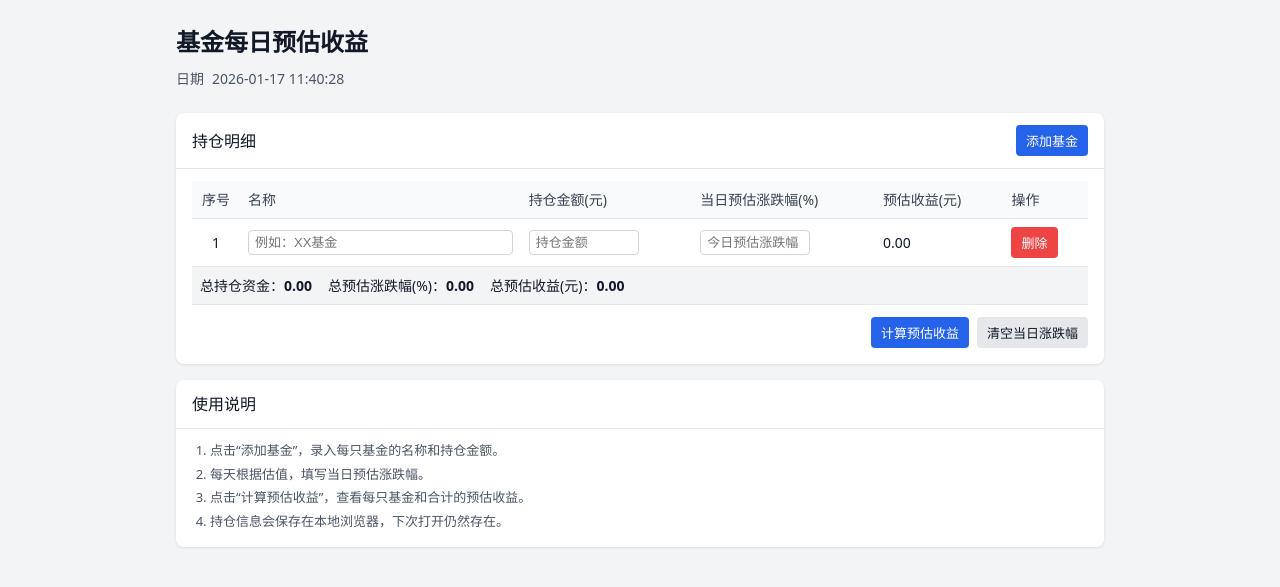
Repository: zt-boom/finance
Page: index.html
An editor plug-in stored every save of this project. The page is shown before and after the next save, followed by the edit.
The browser window is 1280 px wide. The pictures show the whole page.

Above is the page before, as saved 2026-01-17 13:14:27.

### index.html
<!DOCTYPE html>
<html lang="zh-CN">
<head>
<meta charset="UTF-8">
<title>基金每日预估收益</title>
<meta name="viewport" content="width=device-width,initial-scale=1">
<link rel="stylesheet" href="./style.css">
</head>
<body>
<div class="app">
<header class="app-header">
<h1>基金每日预估收益</h1>
<div class="date-row">
<span>日期</span>
<span id="current-date"></span>
</div>
</header>
<main class="app-main">
<section class="card">
<div class="card-header">
<h2>持仓明细</h2>
<button id="add-fund-btn" class="primary-button">添加基金</button>
</div>
<div class="card-body">
<div class="table-wrapper">
<table class="fund-table">
<thead>
<tr>
<th class="index-col">序号</th>
<th>名称</th>
<th>持仓金额(元)</th>
<th>当日预估涨跌幅(%)</th>
<th>预估收益(元)</th>
<th>操作</th>
</tr>
</thead>
<tbody id="fund-table-body"></tbody>
<tfoot>
<tr class="summary-row">
<td colspan="6">
<div class="summary-items">
<div class="summary-left">
<span>总持仓资金：<strong id="total-amount">0.00</strong></span>
<span>总预估涨跌幅(%)：<strong id="total-percent">0.00</strong></span>
<span>总预估收益(元)：<strong id="total-profit">0.00</strong></span>
</div>
</div>
</td>
</tr>
</tfoot>
</table>
</div>
<div class="actions-row">
<button id="calculate-btn" class="primary-button">计算预估收益</button>
<button id="reset-percentage-btn" class="secondary-button">清空当日涨跌幅</button>
</div>
</div>
</section>
<section class="card">
<div class="card-header">
<h2>使用说明</h2>
</div>
<div class="card-body instructions">
<ol>
<li>点击“添加基金”，录入每只基金的名称和持仓金额。</li>
<li>每天根据估值，填写当日预估涨跌幅。</li>
<li>点击“计算预估收益”，查看每只基金和合计的预估收益。</li>
<li>持仓信息会保存在本地浏览器，下次打开仍然存在。</li>
</ol>
</div>
</section>
</main>
</div>
<script src="./main.js"></script>
</body>
</html>

### style.css
* {
box-sizing: border-box;
margin: 0;
padding: 0;
}

body {
font-family: system-ui, -apple-system, BlinkMacSystemFont, "Segoe UI", sans-serif;
background-color: #f3f4f6;
color: #111827;
line-height: 1.5;
}

.app {
max-width: 960px;
margin: 0 auto;
padding: 24px 16px 40px;
}

.app-header {
display: flex;
flex-direction: column;
gap: 8px;
margin-bottom: 24px;
}

.app-header h1 {
font-size: 24px;
font-weight: 600;
color: #111827;
}

.date-row {
display: flex;
gap: 8px;
align-items: center;
font-size: 14px;
color: #4b5563;
}

.app-main {
display: flex;
flex-direction: column;
gap: 16px;
}

.card {
background-color: #ffffff;
border-radius: 8px;
box-shadow: 0 1px 3px rgba(15, 23, 42, 0.1);
overflow: hidden;
}

.card-header {
display: flex;
justify-content: space-between;
align-items: center;
padding: 12px 16px;
border-bottom: 1px solid #e5e7eb;
}

.card-header h2 {
font-size: 16px;
font-weight: 500;
}

.card-body {
padding: 12px 16px 16px;
}

.table-wrapper {
overflow-x: auto;
margin-bottom: 12px;
}

.fund-table {
width: 100%;
border-collapse: collapse;
font-size: 14px;
}

.fund-table th,
.fund-table td {
border-bottom: 1px solid #e5e7eb;
padding: 8px;
text-align: left;
}

.fund-table th.index-col,
.fund-table td[data-role="row-index"] {
width: 48px;
text-align: center;
}

.fund-table thead {
background-color: #f9fafb;
}

.fund-table th {
font-weight: 500;
color: #374151;
}

.fund-table tbody tr:nth-child(even) {
background-color: #f9fafb;
}

.fund-table input {
width: 100%;
padding: 4px 6px;
font-size: 13px;
border-radius: 4px;
border: 1px solid #d1d5db;
outline: none;
}

.fund-table input.narrow-number-input {
width: 110px;
}

.fund-table input[type="number"]::-webkit-outer-spin-button,
.fund-table input[type="number"]::-webkit-inner-spin-button {
-webkit-appearance: none;
margin: 0;
}

.fund-table input[type="number"] {
-moz-appearance: textfield;
}

.fund-table input:focus {
border-color: #2563eb;
box-shadow: 0 0 0 1px rgba(37, 99, 235, 0.2);
}

.value-positive {
color: #ef4444;
}

.value-negative {
color: #10b981;
}

.value-zero {
color: #6b7280;
}

.summary-row td {
font-weight: 600;
color: #111827;
background-color: #f3f4f6;
}

.summary-items {
display: flex;
flex-wrap: wrap;
gap: 4px 16px;
justify-content: flex-start;
align-items: center;
}

.summary-items span {
font-weight: 500;
white-space: nowrap;
}

.summary-left {
display: flex;
flex-wrap: wrap;
gap: 4px 16px;
align-items: center;
}

.primary-button,
.secondary-button,
.danger-button {
border-radius: 4px;
border: none;
cursor: pointer;
font-size: 13px;
padding: 6px 10px;
display: inline-flex;
align-items: center;
justify-content: center;
}

.primary-button {
background-color: #2563eb;
color: #ffffff;
}

.primary-button:hover {
background-color: #1d4ed8;
}

.secondary-button {
background-color: #e5e7eb;
color: #111827;
}

.secondary-button:hover {
background-color: #d1d5db;
}

.danger-button {
background-color: #ef4444;
color: #ffffff;
}

.danger-button:hover {
background-color: #dc2626;
}

.actions-row {
display: flex;
flex-wrap: wrap;
gap: 8px;
margin-top: 4px;
justify-content: flex-end;
}

.instructions {
font-size: 13px;
color: #4b5563;
}

.instructions ol {
padding-left: 18px;
display: flex;
flex-direction: column;
gap: 4px;
}

@media (max-width: 640px) {
.app {
padding-inline: 12px;
}
.card-header {
flex-direction: column;
gap: 8px;
align-items: flex-start;
}
}

### main.js
const STORAGE_KEY = "fund_holdings_v1";

function formatCurrency(value) {
if (Number.isNaN(value)) return "0.00";
return value.toFixed(2);
}

function getTodayDateString() {
const now = new Date();
const year = String(now.getFullYear());
const month = String(now.getMonth() + 1).padStart(2, "0");
const day = String(now.getDate()).padStart(2, "0");
const hours = String(now.getHours()).padStart(2, "0");
const minutes = String(now.getMinutes()).padStart(2, "0");
const seconds = String(now.getSeconds()).padStart(2, "0");
return `${year}-${month}-${day} ${hours}:${minutes}:${seconds}`;
}

function loadHoldingsFromStorage() {
try {
const raw = window.localStorage.getItem(STORAGE_KEY);
if (!raw) return [];
const parsed = JSON.parse(raw);
if (!Array.isArray(parsed)) return [];
return parsed;
} catch (e) {
return [];
}
}

function saveHoldingsToStorage(holdings) {
try {
const serialized = JSON.stringify(holdings);
window.localStorage.setItem(STORAGE_KEY, serialized);
} catch (e) {
}
}

function createTableRow(fund) {
const tr = document.createElement("tr");
const indexTd = document.createElement("td");
const nameTd = document.createElement("td");
const amountTd = document.createElement("td");
const percentTd = document.createElement("td");
const profitTd = document.createElement("td");
const actionsTd = document.createElement("td");
const nameInput = document.createElement("input");
nameInput.type = "text";
nameInput.value = fund.name || "";
nameInput.placeholder = "例如：XX基金";
nameInput.addEventListener("change", handleStorageUpdate);
const amountInput = document.createElement("input");
amountInput.type = "number";
amountInput.step = "0.01";
amountInput.min = "0";
amountInput.value = fund.amount != null ? String(fund.amount) : "";
amountInput.placeholder = "持仓金额";
amountInput.addEventListener("change", handleStorageUpdate);
const percentInput = document.createElement("input");
percentInput.type = "number";
percentInput.step = "0.01";
percentInput.placeholder = "今日预估涨跌幅";
amountInput.className = "narrow-number-input";
percentInput.className = "narrow-number-input";
const profitSpan = document.createElement("span");
profitSpan.textContent = "0.00";
const deleteButton = document.createElement("button");
deleteButton.textContent = "删除";
deleteButton.className = "danger-button";
deleteButton.addEventListener("click", () => {
const inputs = tr.querySelectorAll("input");
const nameValue = inputs[0] ? inputs[0].value.trim() : "";
const amountValue = inputs[1] ? inputs[1].value.trim() : "";
const percentValue = inputs[2] ? inputs[2].value.trim() : "";
const isEmptyRow = !nameValue && !amountValue && !percentValue;
if (!isEmptyRow) {
const confirmed = window.confirm("确定要删除这条持仓记录吗？");
if (!confirmed) {
return;
}
}
tr.remove();
handleStorageUpdate();
calculateProfit();
updateRowIndices();
});
indexTd.dataset.role = "row-index";
profitTd.dataset.role = "profit-cell";
nameTd.appendChild(nameInput);
amountTd.appendChild(amountInput);
percentTd.appendChild(percentInput);
profitTd.appendChild(profitSpan);
actionsTd.appendChild(deleteButton);
tr.appendChild(indexTd);
tr.appendChild(nameTd);
tr.appendChild(amountTd);
tr.appendChild(percentTd);
tr.appendChild(profitTd);
tr.appendChild(actionsTd);
tr.dataset.role = "fund-row";
return tr;
}

function readHoldingsFromTable() {
const rows = document.querySelectorAll('tr[data-role="fund-row"]');
const holdings = [];
rows.forEach(row => {
const inputs = row.querySelectorAll("input");
const nameInput = inputs[0];
const amountInput = inputs[1];
const name = nameInput.value.trim();
const amount = parseFloat(amountInput.value);
if (!name && (Number.isNaN(amount) || amount <= 0)) {
return;
}
holdings.push({
name,
amount: Number.isNaN(amount) ? 0 : amount
});
});
return holdings;
}

function handleStorageUpdate() {
const holdings = readHoldingsFromTable();
saveHoldingsToStorage(holdings);
}

function populateTableFromStorage() {
const tbody = document.getElementById("fund-table-body");
tbody.innerHTML = "";
const holdings = loadHoldingsFromStorage();
if (holdings.length === 0) {
const row = createTableRow({ name: "", amount: null });
tbody.appendChild(row);
updateRowIndices();
return;
}
holdings.forEach(fund => {
const row = createTableRow(fund);
tbody.appendChild(row);
});
updateRowIndices();
}

function calculateProfit() {
const rows = document.querySelectorAll('tr[data-role="fund-row"]');
let totalProfit = 0;
let totalHoldingAmount = 0;
let activeAmount = 0;
rows.forEach(row => {
const inputs = row.querySelectorAll("input");
const amountInput = inputs[1];
const percentInput = inputs[2];
const amount = parseFloat(amountInput.value);
const percent = parseFloat(percentInput.value);
const profitCell = row.querySelector('td[data-role="profit-cell"] span');
if (!Number.isNaN(amount)) {
totalHoldingAmount += amount;
}
if (Number.isNaN(amount) || Number.isNaN(percent)) {
profitCell.textContent = "0.00";
applyProfitColor(profitCell, 0);
return;
}
const profit = amount * percent / 100;
totalProfit += profit;
activeAmount += amount;
profitCell.textContent = formatCurrency(profit);
applyProfitColor(profitCell, profit);
});
const totalAmountElement = document.getElementById("total-amount");
const totalPercentElement = document.getElementById("total-percent");
if (totalAmountElement) {
totalAmountElement.textContent = formatCurrency(totalHoldingAmount);
}
if (totalPercentElement) {
const totalPercent = activeAmount > 0 ? (totalProfit / activeAmount) * 100 : 0;
totalPercentElement.textContent = formatCurrency(totalPercent);
}
const totalProfitElement = document.getElementById("total-profit");
totalProfitElement.textContent = formatCurrency(totalProfit);
applyProfitColor(totalProfitElement, totalProfit);
}

function resetPercentages() {
const rows = document.querySelectorAll('tr[data-role="fund-row"]');
rows.forEach(row => {
const inputs = row.querySelectorAll("input");
const percentInput = inputs[2];
const profitCell = row.querySelector('td[data-role="profit-cell"] span');
percentInput.value = "";
profitCell.textContent = "0.00";
applyProfitColor(profitCell, 0);
});
const totalProfitElement = document.getElementById("total-profit");
totalProfitElement.textContent = "0.00";
applyProfitColor(totalProfitElement, 0);
const totalPercentElement = document.getElementById("total-percent");
if (totalPercentElement) {
totalPercentElement.textContent = "0.00";
}
const totalAmountElement = document.getElementById("total-amount");
if (totalAmountElement) {
let totalAmount = 0;
const rows = document.querySelectorAll('tr[data-role="fund-row"]');
rows.forEach(row => {
const inputs = row.querySelectorAll("input");
const amountInput = inputs[1];
const amount = parseFloat(amountInput.value);
if (!Number.isNaN(amount)) {
totalAmount += amount;
}
});
totalAmountElement.textContent = formatCurrency(totalAmount);
}
}

function applyProfitColor(element, value) {
if (!element) {
return;
}
element.classList.remove("value-positive", "value-negative", "value-zero");
if (Number.isNaN(value)) {
return;
}
if (value > 0) {
element.classList.add("value-positive");
} else if (value < 0) {
element.classList.add("value-negative");
} else {
element.classList.add("value-zero");
}
}

function initApp() {
const dateElement = document.getElementById("current-date");
if (dateElement) {
dateElement.textContent = getTodayDateString();
}
populateTableFromStorage();
const addFundButton = document.getElementById("add-fund-btn");
const calculateButton = document.getElementById("calculate-btn");
const resetPercentageButton = document.getElementById("reset-percentage-btn");
if (addFundButton) {
addFundButton.addEventListener("click", () => {
const tbody = document.getElementById("fund-table-body");
const row = createTableRow({ name: "", amount: null });
tbody.appendChild(row);
updateRowIndices();
});
}
if (calculateButton) {
calculateButton.addEventListener("click", () => {
calculateProfit();
handleStorageUpdate();
});
}
if (resetPercentageButton) {
resetPercentageButton.addEventListener("click", () => {
const confirmed = window.confirm("确定要清空所有基金的当日预估涨跌幅和预估收益吗？");
if (!confirmed) {
return;
}
resetPercentages();
});
}
}

function updateRowIndices() {
const rows = document.querySelectorAll('tr[data-role="fund-row"]');
rows.forEach((row, index) => {
const indexCell = row.querySelector('td[data-role="row-index"]');
if (indexCell) {
indexCell.textContent = String(index + 1);
}
});
}

if (document.readyState === "loading") {
document.addEventListener("DOMContentLoaded", initApp);
} else {
initApp();
}

After the next save:
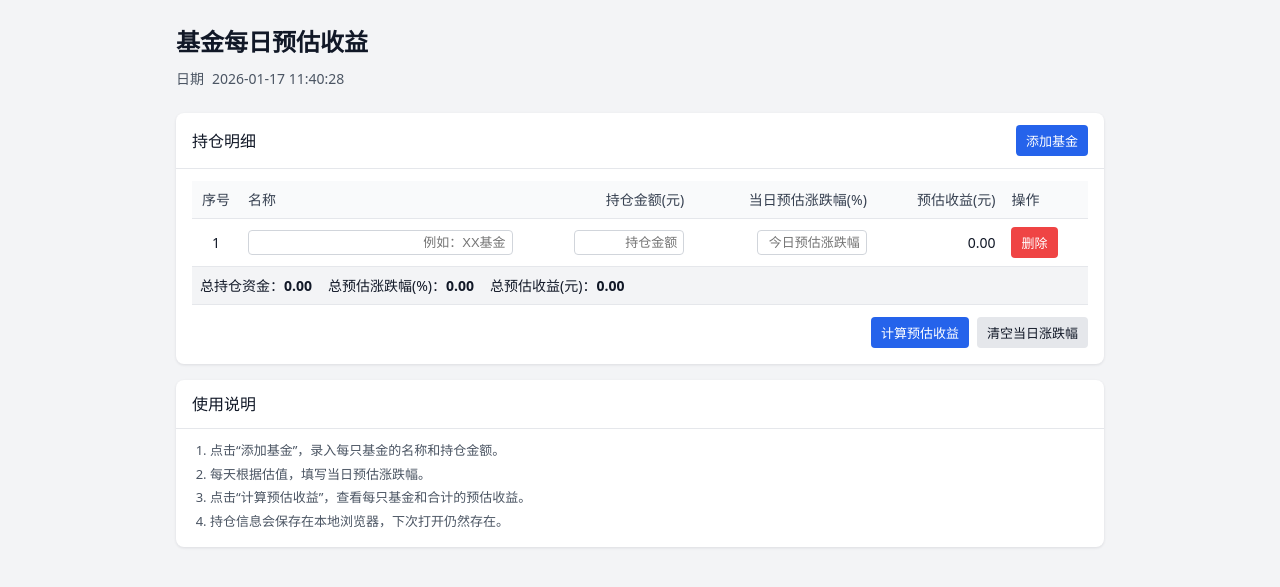
Saved 3 min 59 s later.
--- a/style.css
+++ b/style.css
@@ -90,6 +90,15 @@ text-align: left;
 .fund-table td[data-role="row-index"] {
 width: 48px;
 text-align: center;
+}
+
+.fund-table th:nth-child(3),
+.fund-table th:nth-child(4),
+.fund-table th:nth-child(5),
+.fund-table td:nth-child(3),
+.fund-table td:nth-child(4),
+.fund-table td:nth-child(5) {
+text-align: right;
 }
 
 .fund-table thead {
@@ -112,6 +121,7 @@ font-size: 13px;
 border-radius: 4px;
 border: 1px solid #d1d5db;
 outline: none;
+text-align: right;
 }
 
 .fund-table input.narrow-number-input {
